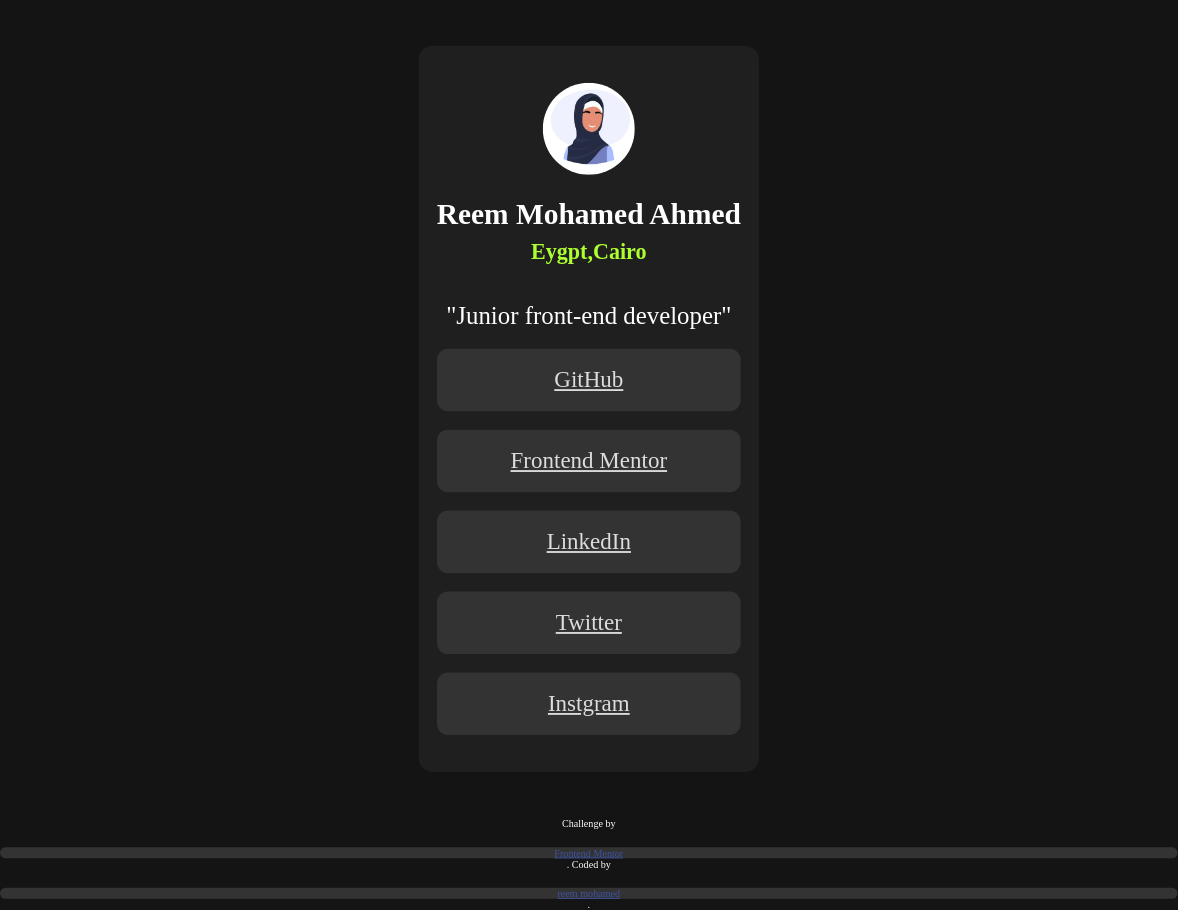
Repository: reemoon-ctrl/social_links_profile_main
Page: index.html
These files come from the project's save history. The page is drawn as it stood at one moment and after the next save; the edit follows.
The browser window is 1280 px wide. The pictures show the whole page, at 92% of full size.

Above is the page before, as saved 2024-07-23 11:06:58.

### index.html
<!DOCTYPE html>
<html lang="en">
<head>
  <meta charset="UTF-8">
  <meta name="viewport" content="width=device-width, initial-scale=1.0"> <!-- displays site properly based on user's device -->

  <link rel="icon" type="image/png" sizes="32x32" href="./assets/images/favicon-32x32.png">

  <title>Frontend Mentor | Social links profile</title>

  <!-- Feel free to remove these styles or customise in your own stylesheet 👍 -->
  <style>
    .attribution { font-size: 11px; text-align: center; }
    .attribution a { color: hsl(228, 45%, 44%); }
  </style>
  <link rel="stylesheet" href="index.css"/>
</head>
<body>
  <main>
    <div class="position-container">
      <div class="container">
      <div class="head-container">
      <img src="/depositphotos_668859444-stock-illustration-arab-woman-face-covered-hijab.jpg" alt="person-img">
      <h1>Reem Mohamed Ahmed</h1>
      <h2>Eygpt,Cairo</h2>
      <p>"Junior front-end developer"</p>
      </div>
      <div class="form-container">
      <a href="https://github.com/reemoon-ctrl">GitHub</a>
      <a href="https://www.frontendmentor.io/reemoon-ctrl">Frontend Mentor</a>
      <a href="https://www.linkedin.com/in/reem-mohamed-ahmed-mohamed-hamd">LinkedIn</a>
      <a href="#">Twitter</a>
      <a href="#">Instgram</a>
      </div>
    </div>

    </div>
 </main>
 <footer>
  <div class="attribution">
    <p></p>Challenge by <a href="https://www.frontendmentor.io?ref=challenge" target="_blank">Frontend Mentor</a>.
    Coded by <a href="https://www.frontendmentor.io/reemoon-ctrl">reem mohamed</a>.
  </div>
</footer>

</body>
</html>

### index.css
*{
    box-sizing: border-box;
    margin:0px;
    padding: 0px;
}

body{
    position: relative;

    min-height: 100vh;
    background: hsl(0, 0%, 8%);

}
.position-container{
    display: flex;
    flex-direction: column;
    /* border:1px solid #ddd; */
    margin :auto;
    width: 50%;
    padding:50px;
    min-height:100vh;
    align-items: center;
    justify-content: center;
    text-align: center;
    background:hsl(0, 0%, 8%);

}
.container{
    height:max-content;
    background: #1f1f1f;
    border-radius: 15px;
    padding: 40px 20px;
}

.form-container a{
    font-size: 25px;
    width:100%;
    padding:20px;
    border:0px;
}
img{
    width: 100px;
    height: 100px;
    border-radius:70px ;
    margin-bottom: 20px;
}
h1{
    margin-bottom: 10px;
    color:#fff;
}
h2{
    margin-bottom: 40px;
    color:greenyellow;
}
p{
    font-size: 27px;
    color:#fff;
}
a{
    display: block;
    margin-top: 20px;
    border-radius:12px;
    background: hsl(0, 0%, 20%);
    color:#ddd;
    cursor: pointer;

}
a:hover{
    background: greenyellow;
    color:#1f1f1f;
}
footer{
align-self: flex-end;
    margin: auto;
    color: #fff;
    font-size: 30px;

}

After the next save:
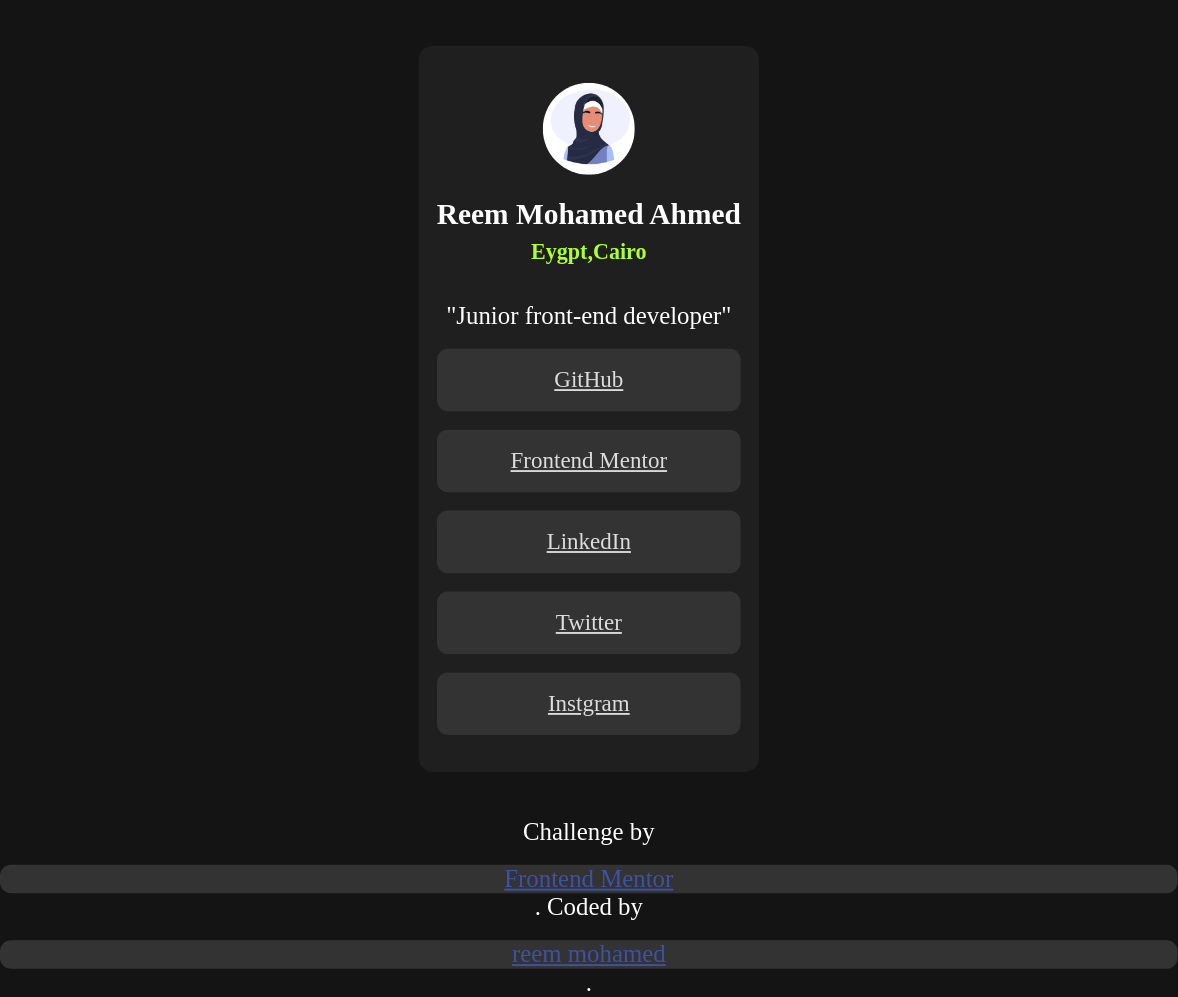
Saved 6 s later.
--- a/index.html
+++ b/index.html
@@ -38,7 +38,7 @@
  </main>
  <footer>
   <div class="attribution">
-    <p></p>Challenge by <a href="https://www.frontendmentor.io?ref=challenge" target="_blank">Frontend Mentor</a>.
+    <p>Challenge by <a href="https://www.frontendmentor.io?ref=challenge" target="_blank">Frontend Mentor</a>.
     Coded by <a href="https://www.frontendmentor.io/reemoon-ctrl">reem mohamed</a>.
   </div>
 </footer>

After the 3 saves that followed:
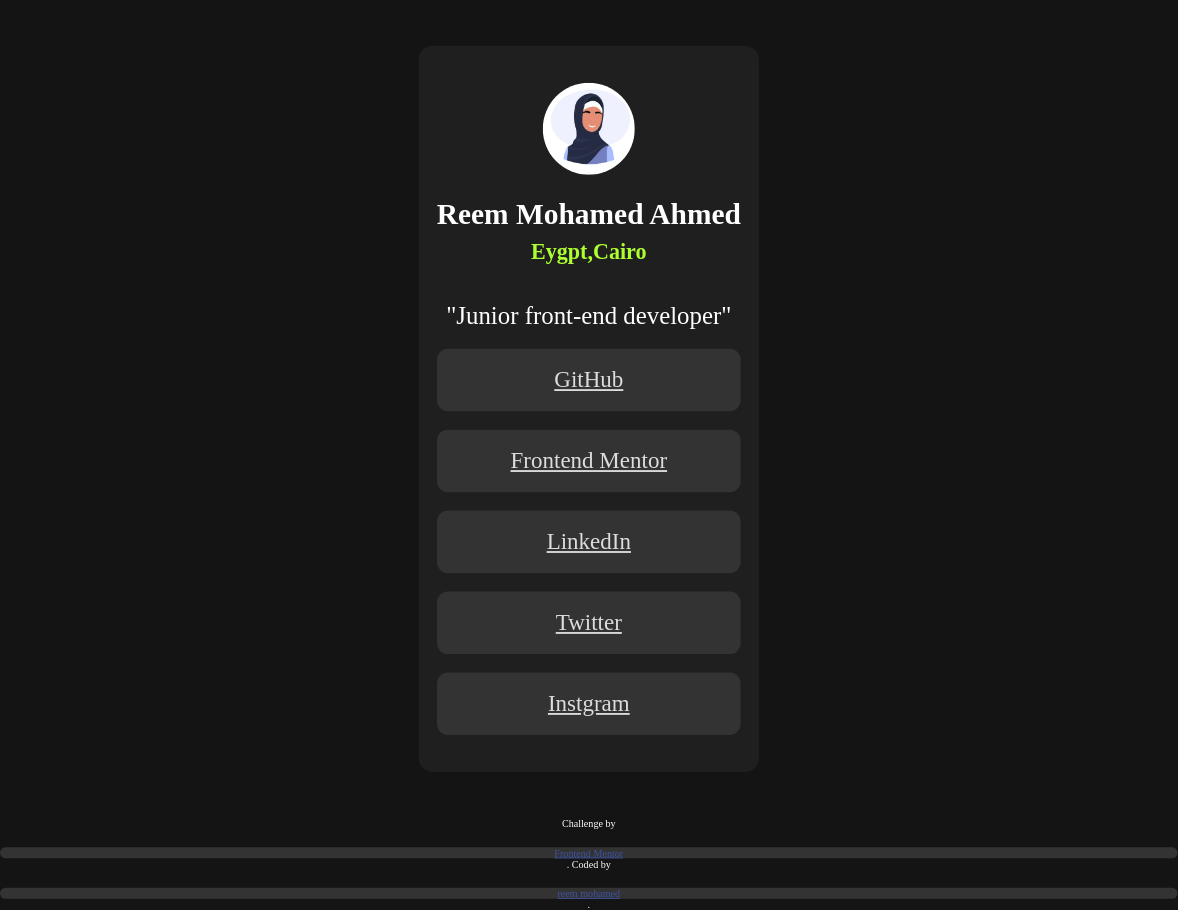
The 3 saves are shown as one change because 1 left the picture as it was and some came seconds apart.
The last was saved 35 s later.
--- a/index.html
+++ b/index.html
@@ -37,9 +37,9 @@
     </div>
  </main>
  <footer>
-  <div class="attribution">
-    <p>Challenge by <a href="https://www.frontendmentor.io?ref=challenge" target="_blank">Frontend Mentor</a>.
-    Coded by <a href="https://www.frontendmentor.io/reemoon-ctrl">reem mohamed</a>.
+  <div>
+    <p  class="attribution">Challenge by <a href="https://www.frontendmentor.io?ref=challenge" target="_blank">Frontend Mentor</a>.
+    Coded by <a href="https://www.frontendmentor.io/reemoon-ctrl">reem mohamed</a>.</p>
   </div>
 </footer>
 
